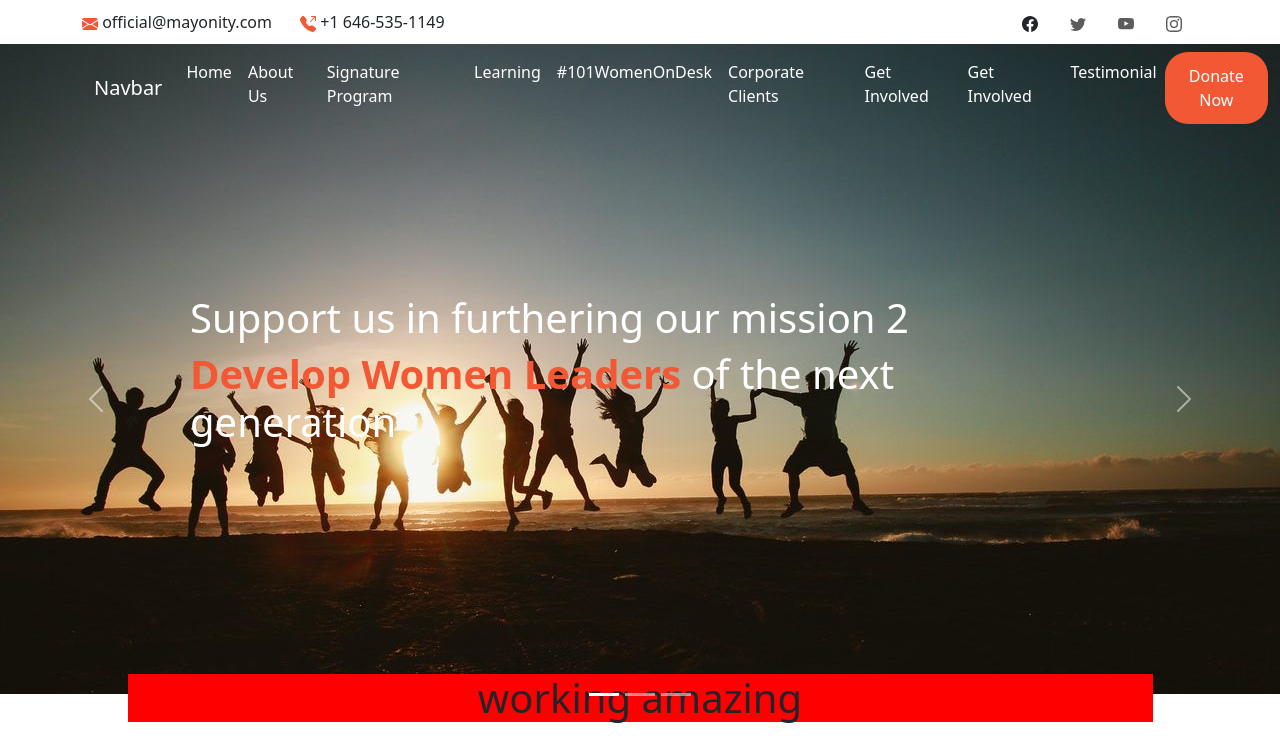
Repository: rizwan-zafar/wings
Page: /
The author's editor kept a copy of each file at every save. The page is drawn from the files as they stood at one save, then again after the next save.
The browser window is 1280 px wide. The pictures show the whole page.
The project was rebuilt for these pictures with package versions that can differ from the ones it lists, and the page was loaded fresh each time.

Above is the page before, as saved 2022-11-27 17:59:10.

### public/index.html
<!DOCTYPE html>
<html lang="en">
  <head>
    <meta charset="utf-8" />
    <link rel="icon" href="%PUBLIC_URL%/favicon.ico" />
    <meta name="viewport" content="width=device-width, initial-scale=1" />
    <meta name="theme-color" content="#000000" />
    <meta
      name="description"
      content="Web site created using create-react-app"
    />
    <link rel="apple-touch-icon" href="%PUBLIC_URL%/logo192.png" />
    <!--
      manifest.json provides metadata used when your web app is installed on a
      user's mobile device or desktop. See https://developers.google.com/web/fundamentals/web-app-manifest/
    -->
    <link rel="manifest" href="%PUBLIC_URL%/manifest.json" />
    <!--
      Notice the use of %PUBLIC_URL% in the tags above.
      It will be replaced with the URL of the `public` folder during the build.
      Only files inside the `public` folder can be referenced from the HTML.

      Unlike "/favicon.ico" or "favicon.ico", "%PUBLIC_URL%/favicon.ico" will
      work correctly both with client-side routing and a non-root public URL.
      Learn how to configure a non-root public URL by running `npm run build`.
    -->
    <title>Wings</title>
  </head>
  <body>
    <noscript>You need to enable JavaScript to run this app.</noscript>
    <div id="root"></div>
    <!--
      This HTML file is a template.
      If you open it directly in the browser, you will see an empty page.

      You can add webfonts, meta tags, or analytics to this file.
      The build step will place the bundled scripts into the <body> tag.

      To begin the development, run `npm start` or `yarn start`.
      To create a production bundle, use `npm run build` or `yarn build`.
    -->
  </body>
</html>

### src/index.js
import React from 'react';
import ReactDOM from 'react-dom/client';
import './index.css';
import App from './App';
import "../node_modules/bootstrap/dist/css/bootstrap.min.css"
import "../node_modules/bootstrap/dist/js/bootstrap.min.js"

const root = ReactDOM.createRoot(document.getElementById('root'));
root.render(
     <App />
 );

// If you want to start measuring performance in your app, pass a function
// to log results (for example: reportWebVitals(console.log))
// or send to an analytics endpoint. Learn more: https://bit.ly/CRA-vitals

### src/index.css
html {
  margin: 0;
  padding: 0;
  font-family: -apple-system, BlinkMacSystemFont, 'Segoe UI', 'Roboto', 'Oxygen',
    'Ubuntu', 'Cantarell', 'Fira Sans', 'Droid Sans', 'Helvetica Neue',
    sans-serif;
  -webkit-font-smoothing: antialiased;
  -moz-osx-font-smoothing: grayscale;
}
.icons{
  color:#f15833 ;
}
.social-icons{
  color:#000000a3
}

### src/App.js
import Home from "./Pages/Home"
function App() {
  return (

    <>
      <Home />
    </>

  );
}

export default App;

### src/Pages/Home.js
import React from 'react'
import TopNavbar from "../Components/Topnavbar"
// import Navbar from "../Components/Navbar"
import Slider from "../Components/Slider"
export default function Home() {
    return (
        <div>
            <TopNavbar />
            {/* <Navbar /> */}
            <Slider />
        </div>
    )
}

### src/Components/Topnavbar.js
import React from 'react'
import "../Css/Topnav.css"
import { EnvelopeFill, TelephoneOutboundFill, Twitter, Youtube, Instagram, Facebook } from "react-bootstrap-icons"
export default function Topnavbar() {
    return (
        <div className="top-bar container d-flex justify-content-between">
            <div>
                <span> <EnvelopeFill className="icons" /> official@mayonity.com</span>
                <span className="set-padding p-4"> <TelephoneOutboundFill className="icons ml-3" /> +1 646-535-1149</span>
            </div>
            <div>
                <span className="p-3 social-icons-"><Facebook /></span>
                <span className="p-3 social-icons"><Twitter /></span>
                <span className="p-3 social-icons"><Youtube /></span>
                <span className="p-3 social-icons"><Instagram /></span>
            </div>
        </div>
    )
}

### src/Components/Slider.js
import React from 'react'
import "../Css/Slider.css"
import Navbar from "../Components/Navbar"
export default function Slider() {
    return (
        <>
            <div className="set-slider">
                <Navbar />
                <div id="carouselExampleCaptions" className=" carousel slide" data-bs-ride="false">
                    <div className="carousel-indicators">
                        <button type="button" data-bs-target="#carouselExampleCaptions" data-bs-slide-to="0" className="active" aria-current="true" aria-label="Slide 1"></button>
                        <button type="button" data-bs-target="#carouselExampleCaptions" data-bs-slide-to="1" aria-label="Slide 2"></button>
                        <button type="button" data-bs-target="#carouselExampleCaptions" data-bs-slide-to="2" aria-label="Slide 3"></button>
                    </div>
                    <div className="carousel-inner container">
                        <div className="carousel-item active">
                            <div>
                                <h1>Support us in furthering our mission 2</h1>
                                <h1><strong>Develop Women Leaders</strong> of the next generation</h1>
                            </div>
                        </div>
                        <div className="carousel-item">
                            <div>
                                <h1>Support us in furthering our mission 3</h1>
                                <h1><strong>Develop Women Leaders</strong> of the next generation</h1>
                            </div>
                        </div>
                        <div className="carousel-item">
                            <div>
                                <h1>Support us in furthering our mission</h1>
                                <h1><strong>Develop Women Leaders</strong> of the next generation</h1>
                            </div>
                        </div>

                    </div>
                    <div className="sliders-btn">
                        <button className="carousel-control-prev" type="button" data-bs-target="#carouselExampleCaptions" data-bs-slide="prev">
                            <span className="carousel-control-prev-icon" aria-hidden="true"></span>
                            <span className="visually-hidden">Previous</span>
                        </button>
                        <button className="carousel-control-next" type="button" data-bs-target="#carouselExampleCaptions" data-bs-slide="next">
                            <span className="carousel-control-next-icon" aria-hidden="true"></span>
                            <span className="visually-hidden">Next</span>
                        </button>
                    </div>
                </div>
            </div>

            <div className="container text-center slider-footer">
                <div className="container">
                    <h1>working amazing</h1>
                </div>
            </div>
        </>
    )
}

### src/Css/Topnav.css
.top-bar{
background-color: #fff;
padding: 10px;
}
.nav-container .navbar
{
    position: fixed;
    width: -webkit-fill-available;
    z-index: 3;
}
.nav-container .btn
{
    background: #f15833;
    border-radius: 23px;
    color: white;
    padding: 11px;
    font-weight: 500;
}
 .nav-container nav ul li a
{
    color:  white;
}

### src/Css/Slider.css
.set-slider {
    background-image: url("/public/Images/header.jpg");
    background-size: cover;
    background-repeat: no-repeat;
    height: 650px;
}

.set-slider .carousel-indicators {
    top: 90%
}

.set-slider .carousel-inner {
    width: 80%;
}

.set-slider .carousel-inner .carousel-item>div {

    padding: 50px;
    padding-top: 250px;
}

.set-slider .carousel-inner h1 {

    font-weight: 400;
    color: #fff;
}

.set-slider .carousel-inner h1 strong {
    color: #f15833
}

.set-slider .sliders-btn {
    padding-top: 250px;
}

.slider-footer>div {
    background: red;
    max-width: 1025px;
    margin-top: -20px;
}

@media (max-width: 1400px) {
    .nav-container .navbar-expanding {
        flex-wrap: nowrap !important;
        justify-content: flex-start !important;
        background-color: red;
    }
}

@media (m-width: 1254px) {
    .navbar-expand-lg {
        flex-wrap: nowrap;
        justify-content: flex-start;
        background:red;
    }
}

@media (max-width: 991px) {

    .set-slider .carousel-item h1 {
        font-size: 35px;
    }

    .set-slider .carousel-inner .carousel-item>div {
        padding: 20px;
        padding-top: 150px;
    }

    .set-slider .sliders-btn {
        padding-top: 70px;
    }
}

@media (max-width: 602px) {
    .set-slider {
        height: 450px;
    }

    .set-slider .carousel-inner {
        margin-top: 16px;
    }

    .set-slider .carousel-item h1 {
        font-size: 30px;
    }

    .set-slider .carousel-inner .carousel-item>div {
        padding: 20px;
        padding-top: 120px;
    }

    .set-slider .sliders-btn {
        padding-top: 70px;
    }
}

### src/Components/Navbar.js
import React from 'react'

export default function Navbar() {
  return (
    <div className="nav-container container">
      <nav className="navbar navbar-expand-lg navbar-dark">
        <div className="container-fluid">
          <a className="navbar-brand" href="/">Navbar</a>
          <button className="navbar-toggler" type="button" data-bs-toggle="collapse" data-bs-target="#navbarNav" aria-controls="navbarNav" aria-expanded="false" aria-label="Toggle navigation">
            <span className="navbar-toggler-icon"></span>
          </button>
          <div className="collapse navbar-collapse" id="navbarNav">
            <ul className="navbar-nav ms-auto">
              <li className="nav-item">
                <a className="nav-link active" aria-current="page" href="/">Home</a>
              </li>
              <li className="nav-item">
                <a className="nav-link" href="/">About Us</a>
              </li>
              <li className="nav-item">
                <a className="nav-link" href="/">Signature Program</a>
              </li>
              <li className="nav-item">
                <a className="nav-link" href="/">Learning</a>
              </li>
              <li className="nav-item">
                <a className="nav-link" href="/">#101WomenOnDesk</a>
              </li>
              <li className="nav-item">
                <a className="nav-link" href="/">Corporate Clients</a>
              </li>
              <li className="nav-item">
                <a className="nav-link" href="/">Get Involved</a>
              </li>
              <li className="nav-item">
                <a className="nav-link" href="/">Get Involved</a>
              </li>
              <li className="nav-item">
                <a className="nav-link" href="/">Testimonial</a>
              </li>
              <li className="nav-item">
                <a className="nav-link btn " href="/">Donate Now</a>
              </li>

            </ul>
          </div>
        </div>
      </nav>
    </div>
  )
}

After the next save:
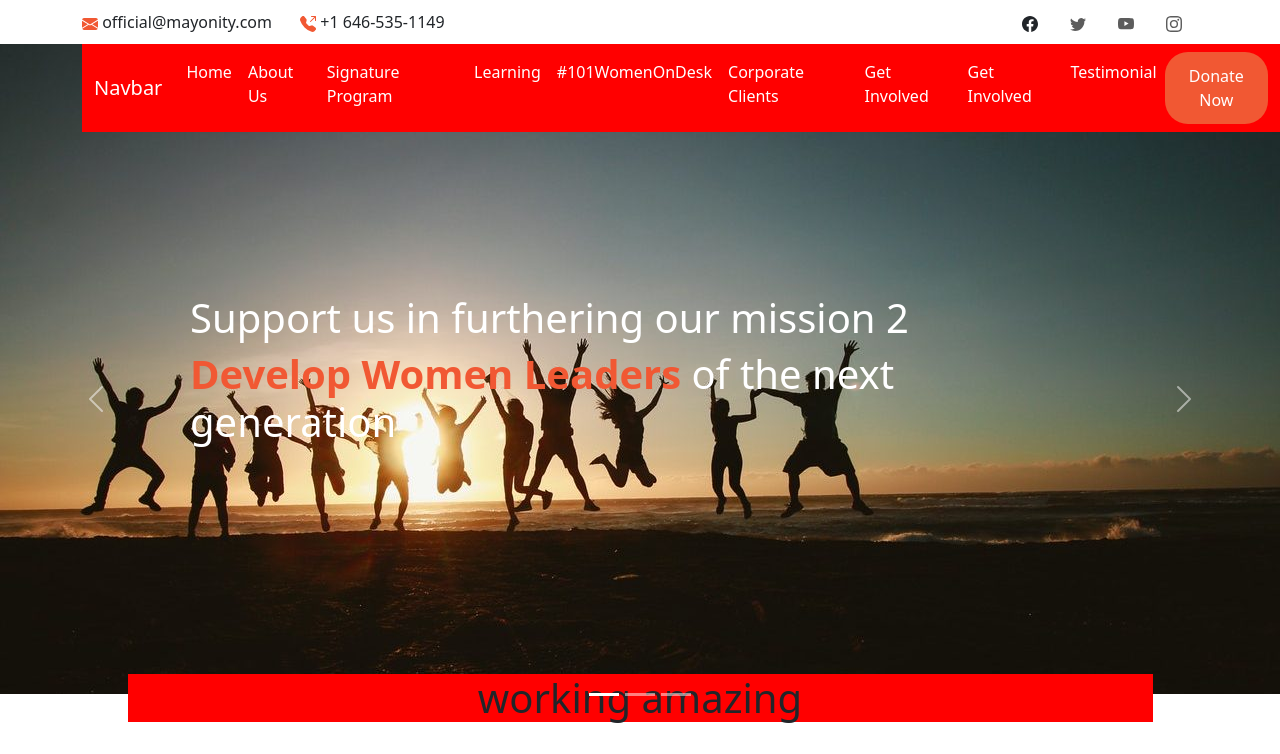
Saved 4 s later.
--- a/src/Css/Slider.css
+++ b/src/Css/Slider.css
@@ -47,7 +47,7 @@
     }
 }
 
-@media (m-width: 1254px) {
+@media (min-width: 1254px) {
     .navbar-expand-lg {
         flex-wrap: nowrap;
         justify-content: flex-start;

After the 2 saves that followed:
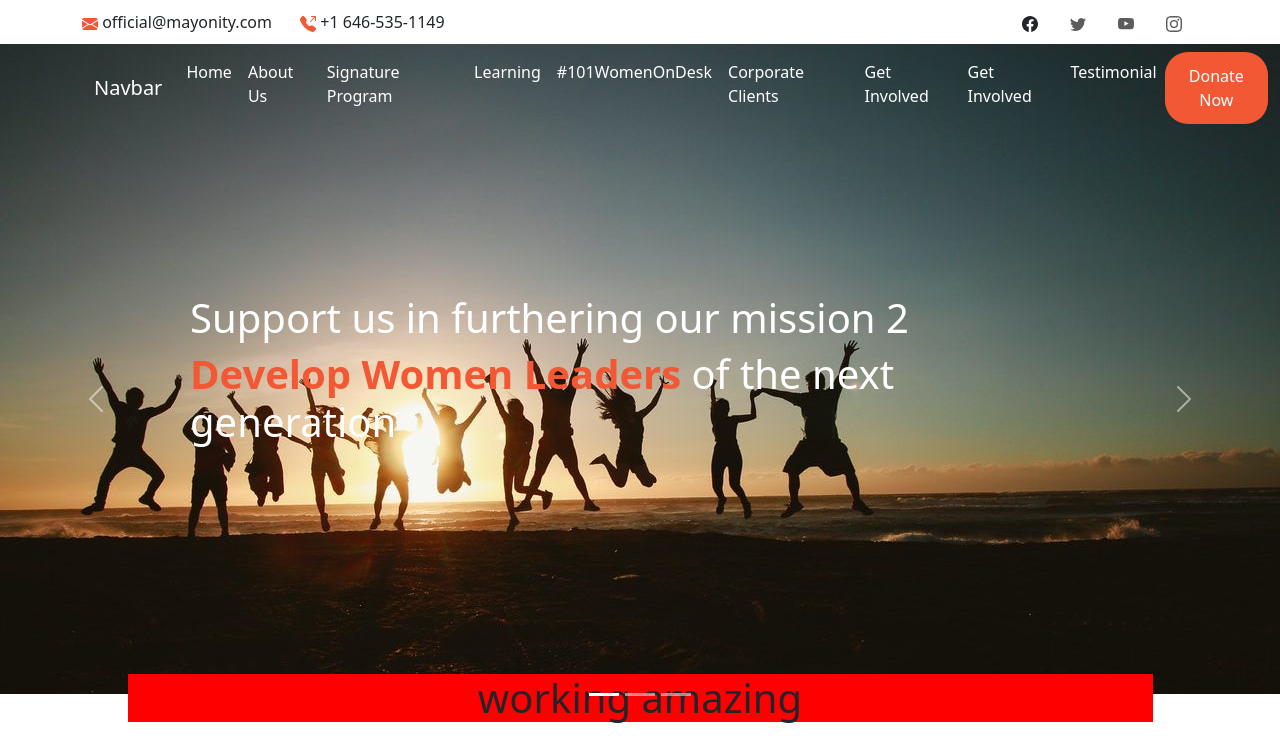
The 2 saves are shown as one change because they came seconds apart.
The last was saved 3 min 31 s later.
--- a/src/Css/Slider.css
+++ b/src/Css/Slider.css
@@ -48,7 +48,7 @@
 }
 
 @media (min-width: 1254px) {
-    .navbar-expand-lg {
+    .navbar-expanding {
         flex-wrap: nowrap;
         justify-content: flex-start;
         background:red;
